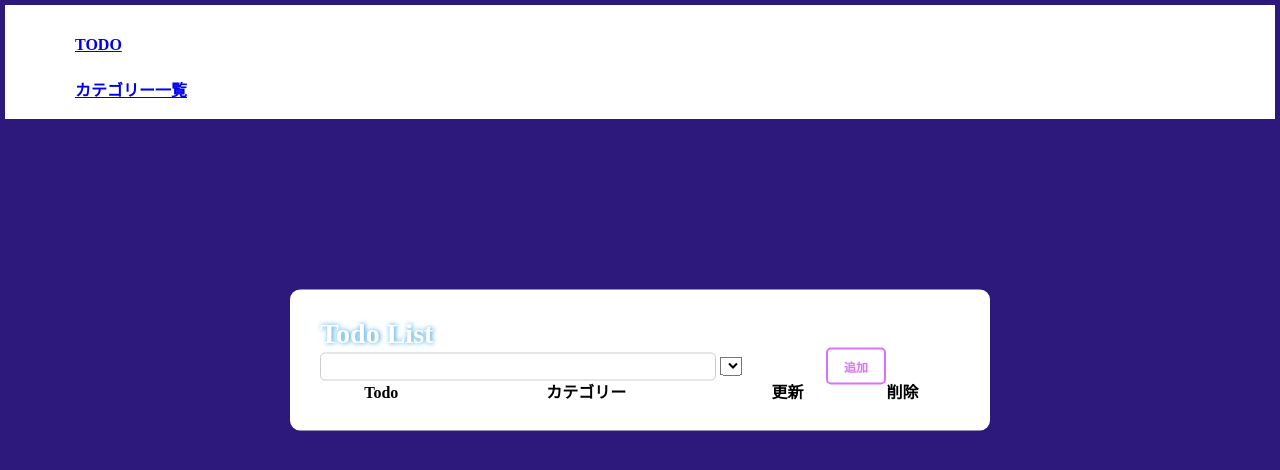
Repository: azuma2/cate
Page: http://localhost/
These files come from the project's save history. The page is drawn as it stood at one moment and after the next save; the edit follows.
The browser window is 1280 px wide. The pictures show the whole page.
The page is served by the project's Laravel application, run on PHP 8.4 with Laravel 8. Queries for data that is not in the repository find no rows.

Above is the page before, as saved 2022-05-17 17:20:29.

After the next save:
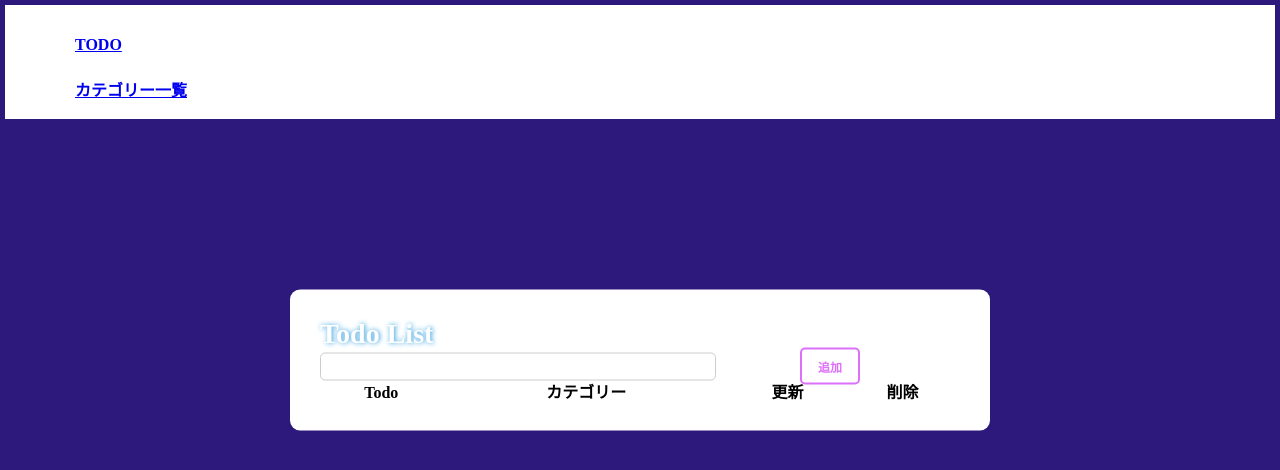
Saved 93 s later.
--- a/resources/views/index.blade.php
+++ b/resources/views/index.blade.php
@@ -155,13 +155,7 @@ ul{
         <form action="/todo/create" method="post">
             @csrf
           <input type="text" class="input-add" name="content">
-                    <!--  カテゴリープルダウン -->
-        <select class="pulu" id="cate_id" name="cate_id" >
-            @foreach ($items as $cate)
-            <option value="0">カテゴリー</option>
-                <option value="{{ $cate->id }}">{{ $cate->content }}</option>
-            @endforeach
-        </select>
+
           <input class="button2" type="submit" value="追加" />
         </form>
           <div class="narabe">
